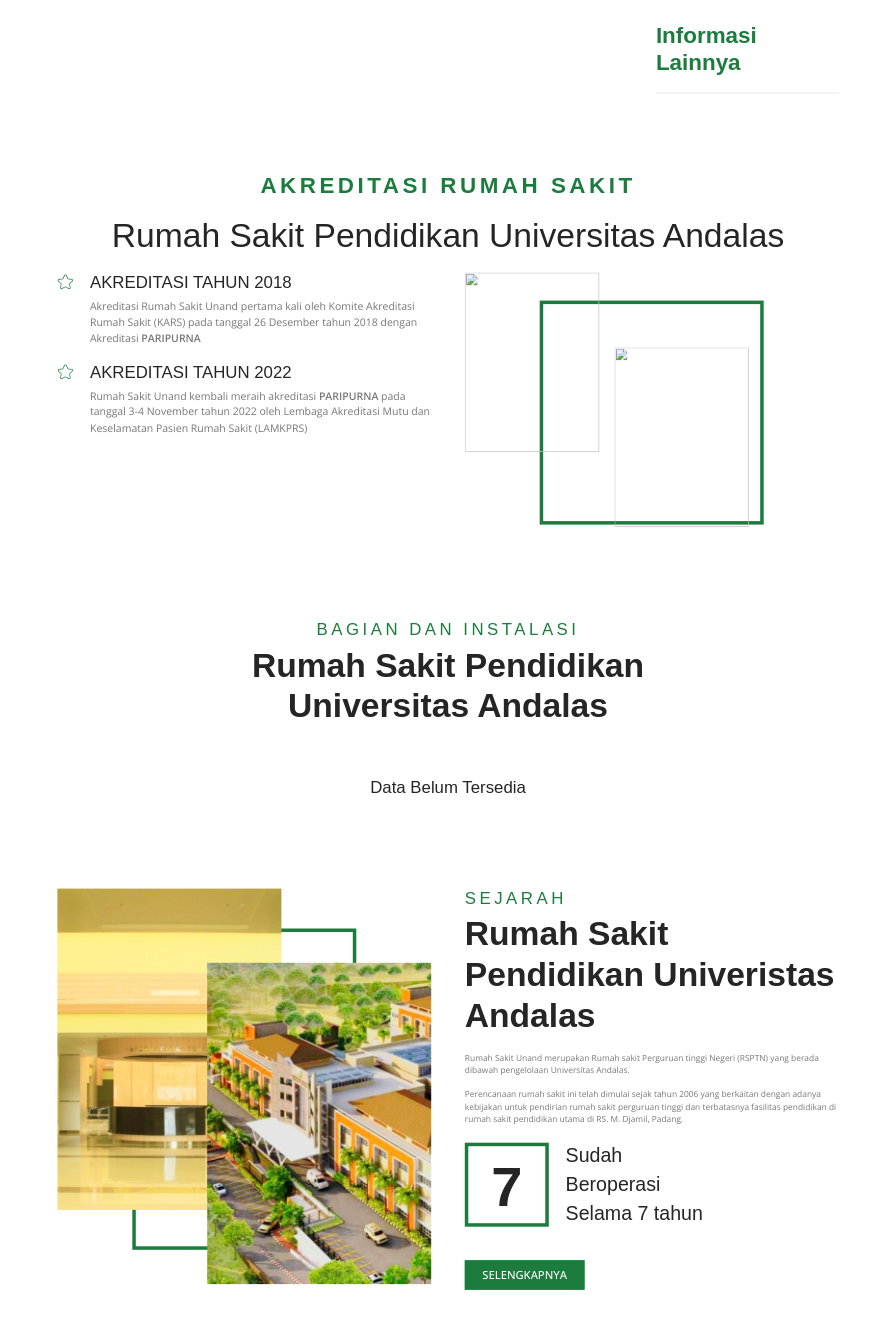
Repository: vivin-erialis/rsunand-site
Page: http://localhost/
These files come from the project's save history. The page is drawn as it stood at one moment and after the next save; the edit follows.
The browser window is 1280 px wide. The pictures show the part of the page from y = 829 to 2749 px (the page is 3231 px tall before and 3287 px after), at 70% of full size.
Some web fonts or font styles are not loaded; a fallback is used. Some web libraries are served in a nearby version. The page is served by the project's Laravel application, run on PHP 8.4 with Laravel 12. Queries for data that is not in the repository find no rows.

Above is the page before, as saved 2024-06-10 09:17:55.
Console error: TypeError: Cannot read properties of undefined (reading 'version')

After the next save:
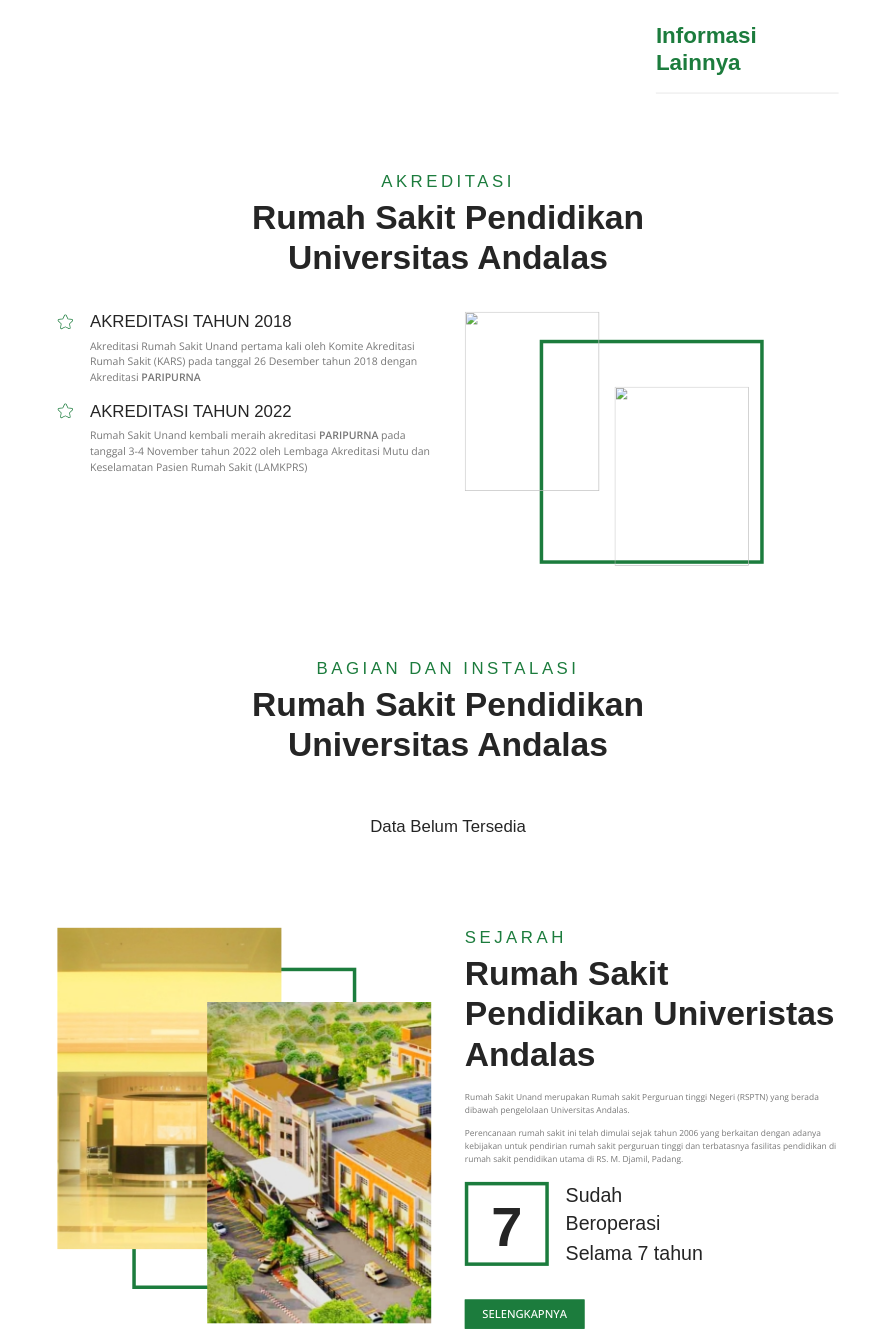
Saved 34 s later.
--- a/resources/views/Frontend/home.blade.php
+++ b/resources/views/Frontend/home.blade.php
@@ -222,8 +222,10 @@
     <!-- Feature Start -->
     <div class="container-xxl py-5">
         <div class="container">
-            <h2 class="section-title text-center mb-4">AKREDITASI RUMAH SAKIT</h2>
-            <h4 class="display-5 mb-4 text-center">Rumah Sakit Pendidikan Universitas Andalas</h4>
+            <div class="text-center mx-auto mb-5 wow fadeInUp" data-wow-delay="0.1s" style="max-width: 600px;">
+                <h4 class="section-title">akreditasi </h4>
+                <h1 class="display-5 mb-4">Rumah Sakit Pendidikan Universitas Andalas</h1>
+            </div>
             <div class="row g-5">
                 <div class="col-lg-6 wow fadeInUp" data-wow-delay="0.1s">
                     {{-- <p class="mb-4">Tempor erat elitr rebum at clita. Diam dolor diam ipsum sit. Aliqu diam amet diam et eos. Clita erat ipsum et lorem et sit, sed stet lorem sit clita duo justo magna dolore erat amet</p> --}}
